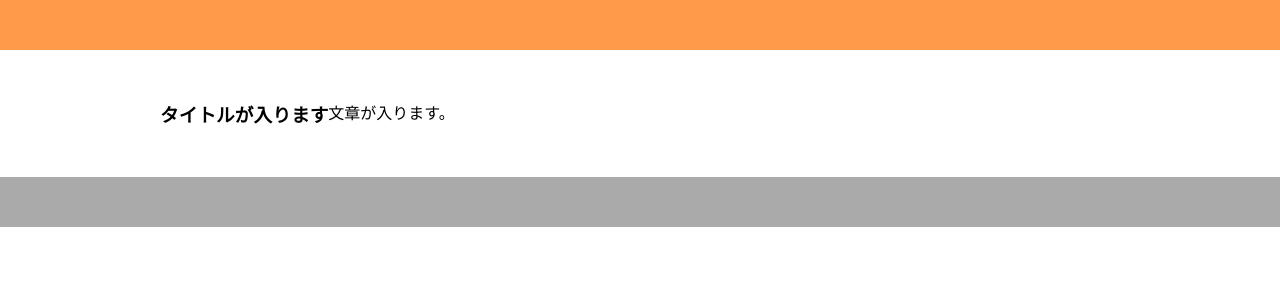
Repository: yofuu/caravan-chapter4
Page: chpter9/chapter10.html
The author's editor kept a record of every edit. The page is drawn from the files as they stood at one moment, then again after the next edit.
The browser window is 1280 px wide. The pictures show the whole page.

Above is the page before.

### chpter9/chapter10.html
<!DOCTYPE html>
<html lang="ja">
  <head>
    <meta charset="UTF-8" />
    <link rel="stylesheet" href="chapter10.css" />
    <title>HTML.１０章確認問題</title>
  </head>

  <body>
    <header></header>

    <main class="blog-box">

      <img class="blog-img1">
      <img class="blog-img2">
      <img class="blog-img3">
      <h3>タイトルが入ります</h3>
      <p>文章が入ります。</p>
    </main>

    <footer></footer>

  </body>
</html>

### chpter9/chapter10.css
* {
  box-sizing: border-box;
  margin: 0;
  padding: 0;
}

header {
  height: 50px;
  background-color: #ff9a4b;
}

main {
  width: 960px;
  margin: 50px auto;
  display: flex;
}

.step-box {
  width: 300px;
  margin-right: 30px;
  padding: 10px;
  position: relative;
  background-color: #eee;
}

.step-box:last-child {
  margin-right: 0;
}

.step-img1 {
  height: 150px;
  background-image: url(img/flow01.png);
  background-position: bottom;
  background-size: cover;
}

.step-img2 {
  height: 150px;
  background-image: url(img/flow02.png);
  background-position: bottom;
  background-size: cover;
}
.step-img3 {
  height: 150px;
  background-image: url(img/flow03.png);
  background-position: bottom;
  background-size: cover;
}

.step-num {
  position: absolute;
  top: 0;
  left: 0;
  background-color: #ff9a4b;
  color: #fff;
}

.title {
  margin: 15px 0 5px;
}

footer {
  height: 50px;
  background-color: #aaa;
}

After the next edit:
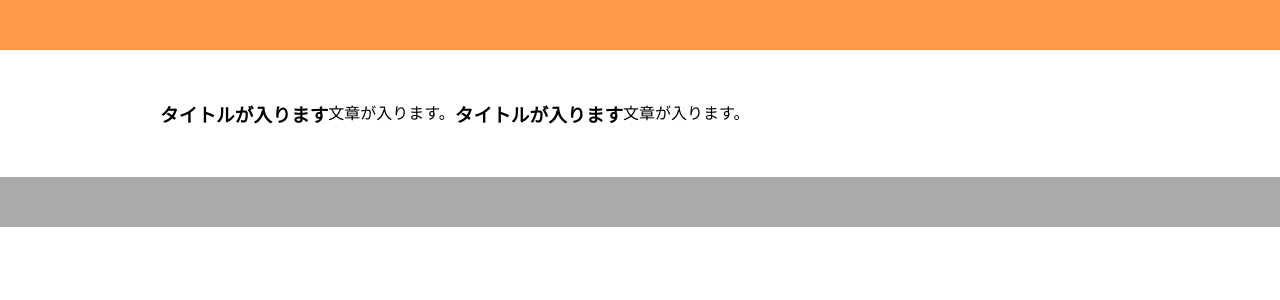
The edit:
--- a/chpter9/chapter10.html
+++ b/chpter9/chapter10.html
@@ -10,7 +10,8 @@
     <header></header>
 
     <main class="blog-box">
-
+      <h3>タイトルが入ります</h3>
+      <p>文章が入ります。</p>
       <img class="blog-img1">
       <img class="blog-img2">
       <img class="blog-img3">

After the edit that followed:
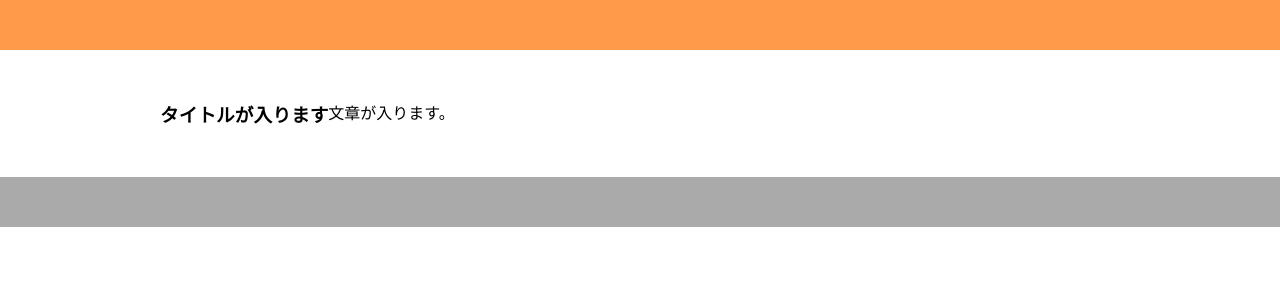
The edit:
--- a/chpter9/chapter10.html
+++ b/chpter9/chapter10.html
@@ -15,8 +15,7 @@
       <img class="blog-img1">
       <img class="blog-img2">
       <img class="blog-img3">
-      <h3>タイトルが入ります</h3>
-      <p>文章が入ります。</p>
+
     </main>
 
     <footer></footer>
